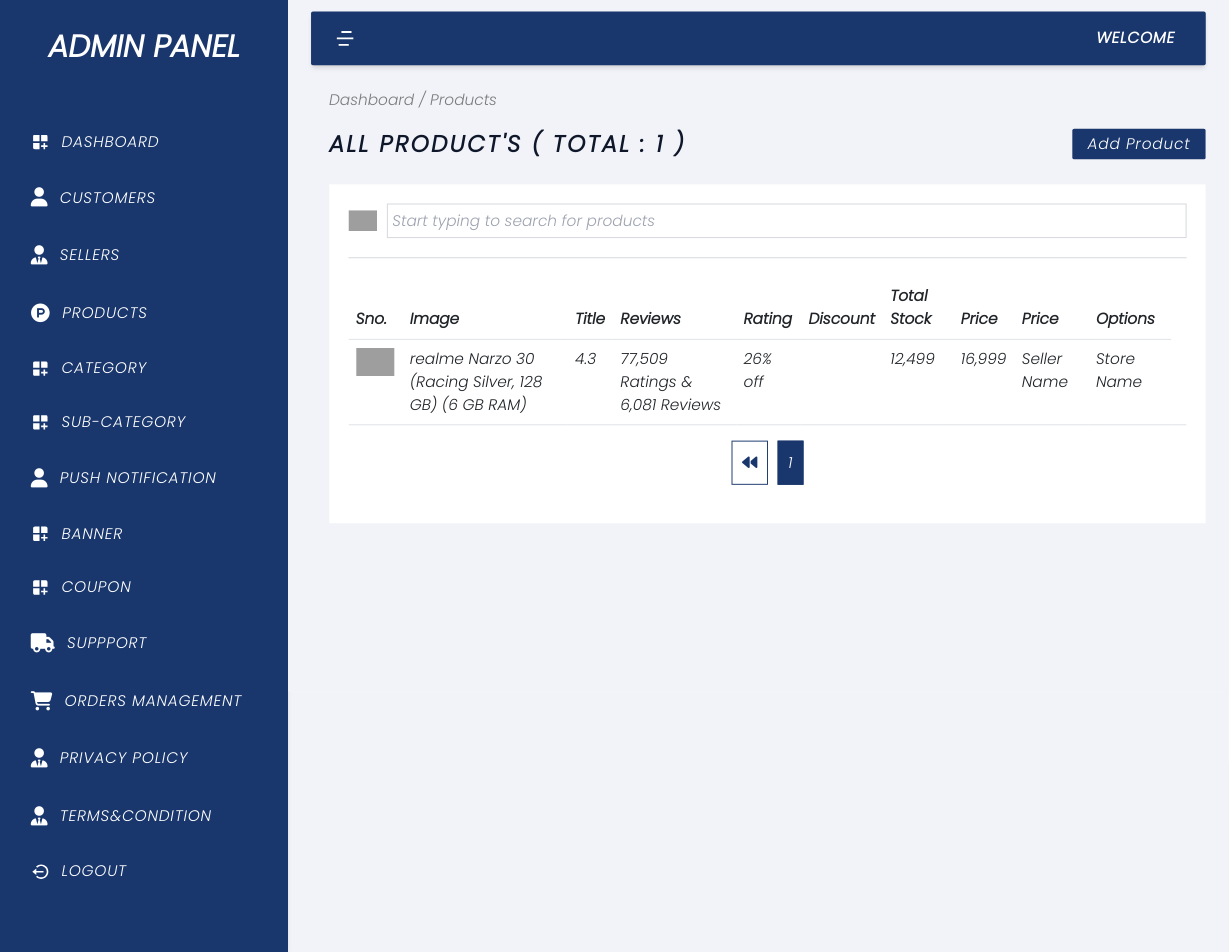
Repository: shishpal2000/admin.aschpro
Page: /Product
These files come from the project's save history. The page is drawn as it stood at one moment and after a run of saves; the edit follows.
The browser window is 1280 px wide. The pictures show the whole page, at 96% of full size.
Pictures or frames that could not be fetched are drawn as grey boxes. Some web libraries are served in a nearby version. The project was rebuilt for these pictures with package versions that can differ from the ones it lists, and the page was loaded fresh each time. Also part of the build but not shown: src/E-CommerceAdmin/forms/Login.jsx, src/E-CommerceAdmin/pages/Dashboard.jsx, src/E-CommerceAdmin/pages/ECategory.js, src/E-CommerceAdmin/pages/EVendorList.js, src/E-CommerceAdmin/pages/EAdminOrders.js, src/E-CommerceAdmin/pages/EAdminDelivery.js, src/E-CommerceAdmin/pages/EAdminCustomer.js, src/E-CommerceAdmin/pages/ESubCategory.js and 5 more. Imported but missing from the stored project, and not drawn on this page: src/E-CommerceAdmin/pages/Complaints, src/E-CommerceAdmin/pages/Component/SpinnerComp, src/E-CommerceAdmin/pages/EAdmin, src/E-CommerceAdmin/pages/EAdminProduct, src/E-CommerceAdmin/pages/ESingleProduct, src/E-CommerceAdmin/pages/GetMeThis, src/E-CommerceAdmin/pages/HelpSupport.

Above is the page before, as saved 2023-06-28 15:24:11.

After the next 2 saves:
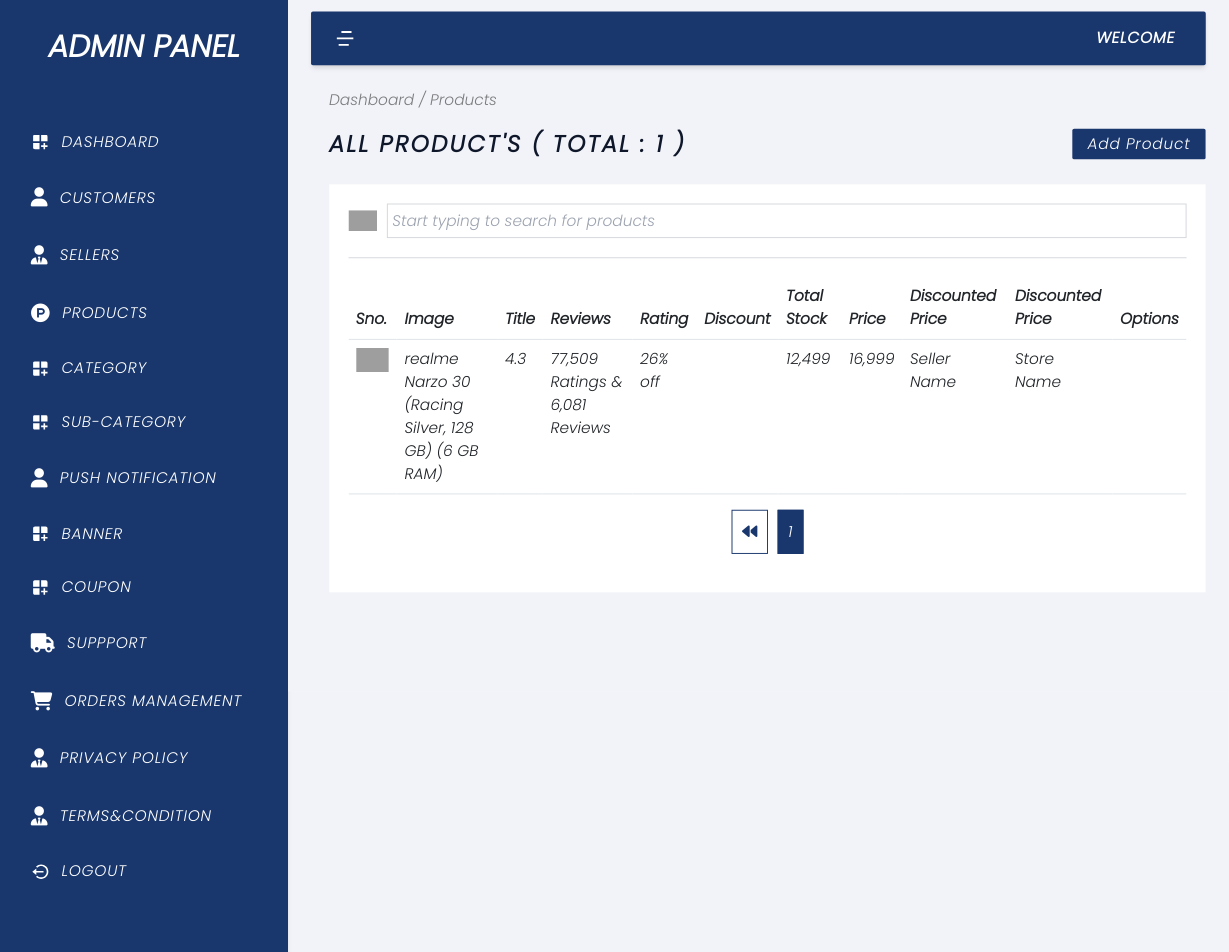
The 2 saves are shown as one change because they came seconds apart.
The last was saved 8 s later.
--- a/src/E-CommerceAdmin/pages/EProduct.js
+++ b/src/E-CommerceAdmin/pages/EProduct.js
@@ -232,7 +232,8 @@ const EProduct = () => {
                     <th>Discount</th>
                     <th>Total Stock</th>
                     <th>Price</th>
-                    <th>  Price</th>
+                    <th>Discounted Price</th>
+                    <th>Discounted Price</th>
                     <th> Options </th>
                   </tr>
                 </thead>
